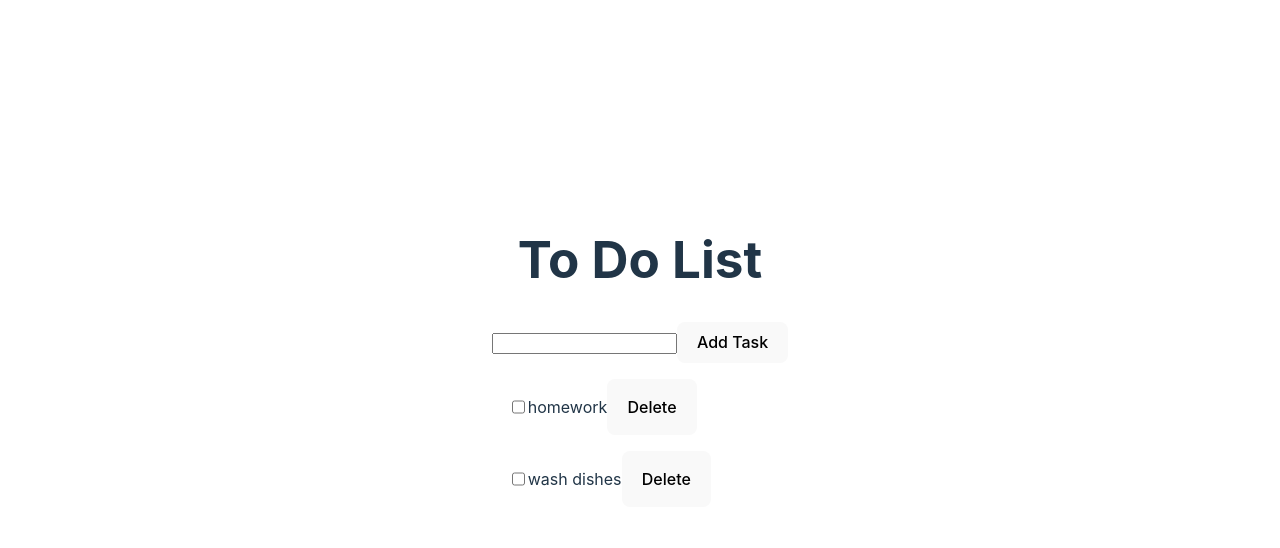
Repository: Jennica1/FRONT_END_WEEK06
Page: / (app in react/)
These files come from the project's save history. The page is drawn as it stood at one moment and after the next save; the edit follows.
The browser window is 1280 px wide. The pictures show the whole page.
The project was rebuilt for these pictures with package versions that can differ from the ones it lists, and the page was loaded fresh each time. Also part of the build but not shown: react/vite.config.js.

Above is the page before, as saved 2024-10-24 10:23:34.

### react/src/App.jsx
import { useState } from 'react';
import reactLogo from './assets/react.svg';
import viteLogo from '/vite.svg';
import TaskForm from './components/TaskForm';
import './App.css';


function App() {

  return (
    <>
     <TaskForm/>
    </>
  )
}

export default App

### react/src/components/TaskForm.jsx
import React, { useState } from 'react';

const data = [
  {
    id: 1,
    taskName: 'homework',
    completed: false
  },
  {
    id: 2,
    taskName: 'wash dishes',
    completed: false
  },
];

function TaskForm() {
  const [tasks, setTasks] = useState(data);
  const [taskData, settaskData] = useState({ taskName: '', completed: false });

  function handleAddTask(e) {
    e.preventDefault();
    if (taskData.taskName) {
      const newTask = { ...taskData, id: tasks.length + 1, completed: false };
      setTasks([...tasks, newTask]);
      settaskData({ taskName: '', completed: false });
    }
  }

  function handleDeleteTask(id) {
    setTasks(tasks.filter(task => task.id !== id));
  }

  function toggleTaskCompletion(id) {
    setTasks(tasks.map(task =>
      task.id === id ? { ...task, completed: !task.completed } : task
    ));
  }

  const newListUI = tasks.map((task) => (
    <div key={task.id} style={{ display: 'flex', justifyContent: "space-between, center", margin: '1em'}}>
      <input
        type="checkbox"
        checked={task.completed}
        onChange={() => toggleTaskCompletion(task.id)}
        disabled={task.completed} // Disable checkbox if task is completed
      />
      <p style={{ textDecoration: task.completed ? 'line-through' : 'none' }}>
        {task.taskName}
      </p>
      <button className='btn-delete' onClick={() => handleDeleteTask(task.id)}>Delete</button>
    </div>
  ));

  return (
    <>
      <h1>To Do List</h1>
      <form onSubmit={handleAddTask}>
        <input
          type='text'
          value={taskData.taskName}
          onChange={(e) => settaskData({ ...taskData, taskName: e.target.value })}
        />
        <button className='btn-task' type="submit">Add Task</button>
      </form>

      <div>
        {newListUI}
      </div>
    </>
  );
}

export default TaskForm;

### react/src/App.css
#root {
  max-width: 1280px;
  margin: 0 auto;
  padding: 2rem;
  text-align: center;
}

.logo {
  height: 6em;
  padding: 1.5em;
  will-change: filter;
  transition: filter 300ms;
}
.logo:hover {
  filter: drop-shadow(0 0 2em #646cffaa);
}
.logo.react:hover {
  filter: drop-shadow(0 0 2em #61dafbaa);
}

@keyframes logo-spin {
  from {
    transform: rotate(0deg);
  }
  to {
    transform: rotate(360deg);
  }
}

@media (prefers-reduced-motion: no-preference) {
  a:nth-of-type(2) .logo {
    animation: logo-spin infinite 20s linear;
  }
}

.card {
  padding: 2em;
}

.read-the-docs {
  color: #888;
}

.btn-delete {
  align-items: end;
}

Loaded but not shown: react/index.html (common file); react/src/main.jsx (common file); react/src/index.css (common file)

After the next save:
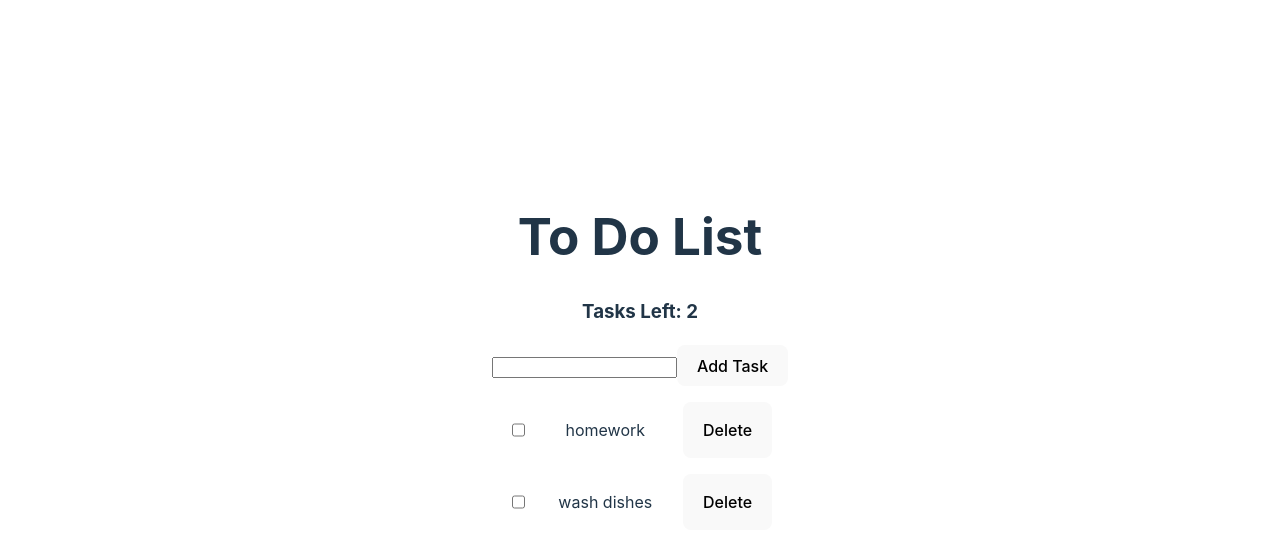
Saved 2 min 19 s later.
--- a/react/src/components/TaskForm.jsx
+++ b/react/src/components/TaskForm.jsx
@@ -1,4 +1,4 @@
-import React, { useState } from 'react';
+import React, { useState } from 'react'
 
 const data = [
   {
@@ -36,24 +36,27 @@ function TaskForm() {
     ));
   }
 
+  const incompleteTasksCount = tasks.filter(task => !task.completed).length;
+
   const newListUI = tasks.map((task) => (
-    <div key={task.id} style={{ display: 'flex', justifyContent: "space-between, center", margin: '1em'}}>
+    <div key={task.id} style={{ display: 'flex', justifyContent: 'center',  justifyContent:"space-between", margin: '1em'}}>
       <input
         type="checkbox"
         checked={task.completed}
         onChange={() => toggleTaskCompletion(task.id)}
-        disabled={task.completed} // Disable checkbox if task is completed
       />
       <p style={{ textDecoration: task.completed ? 'line-through' : 'none' }}>
         {task.taskName}
       </p>
-      <button className='btn-delete' onClick={() => handleDeleteTask(task.id)}>Delete</button>
+      <button className='btn-delete'
+      onClick={() => handleDeleteTask(task.id)}>Delete</button>
     </div>
   ));
 
   return (
     <>
       <h1>To Do List</h1>
+      <h3>Tasks Left: {incompleteTasksCount}</h3> {}
       <form onSubmit={handleAddTask}>
         <input
           type='text'
@@ -67,7 +70,7 @@ function TaskForm() {
         {newListUI}
       </div>
     </>
-  );
+  )
 }
 
 export default TaskForm;
